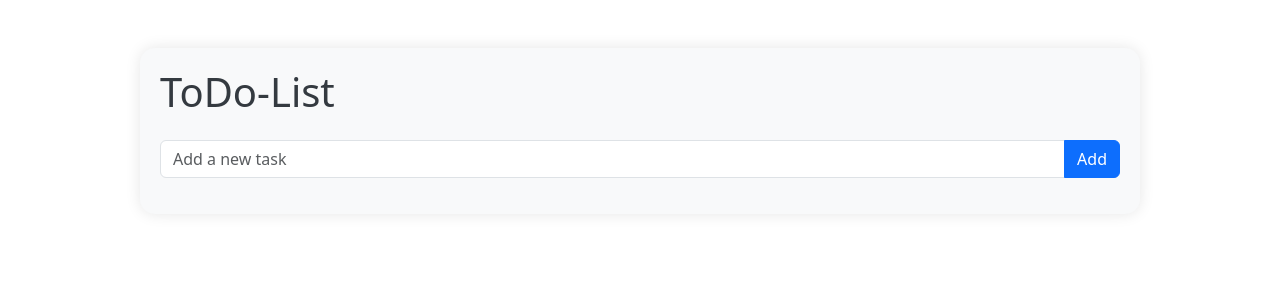
Repository: AkshatKapo/Todolist-React-app
Page: /
An editor plug-in stored every save of this project. The page is shown before and after the next save, followed by the edit.
The browser window is 1280 px wide. The pictures show the whole page.
The project was rebuilt for these pictures with package versions that can differ from the ones it lists, and the page was loaded fresh each time. Also part of the build but not shown: vite.config.js, src/App.css, src/index.css.

Above is the page before, as saved 2024-06-20 15:31:16.

After the next save:
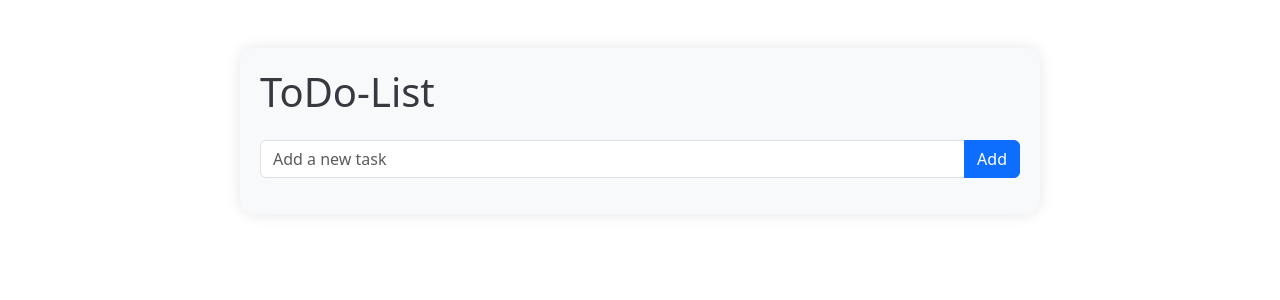
Saved 18 s later.
--- a/src/TodoList.css
+++ b/src/TodoList.css
@@ -1,5 +1,5 @@
 .container {
-    max-width: 1000px;
+    max-width: 800px;
     margin: 0 auto;
     padding: 20px;
     background-color: #f8f9fa;
